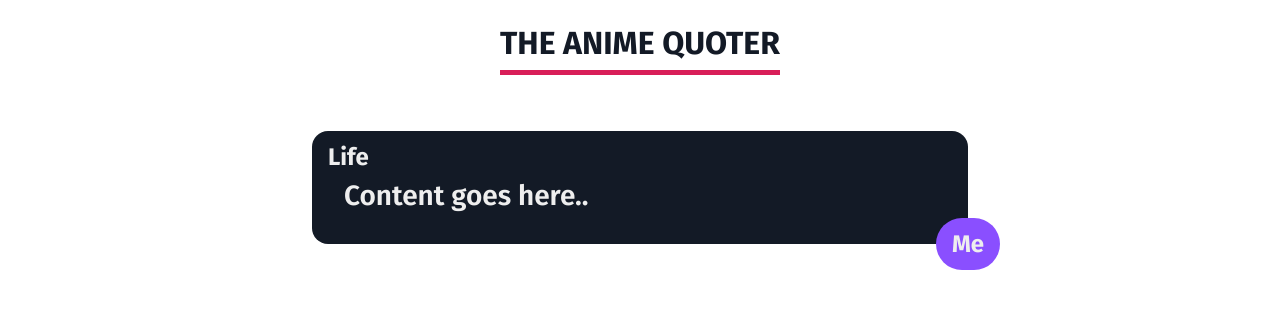
Repository: kate30980/quote-generator-vuejs
Page: /
The author's editor kept a copy of each file at every save. The page is drawn from the files as they stood at one save, then again after the next save.
The browser window is 1280 px wide. The pictures show the whole page.
The project was rebuilt for these pictures with package versions that can differ from the ones it lists, and the page was loaded fresh each time.

Above is the page before, as saved 2021-08-24 12:02:11.

After the next save:
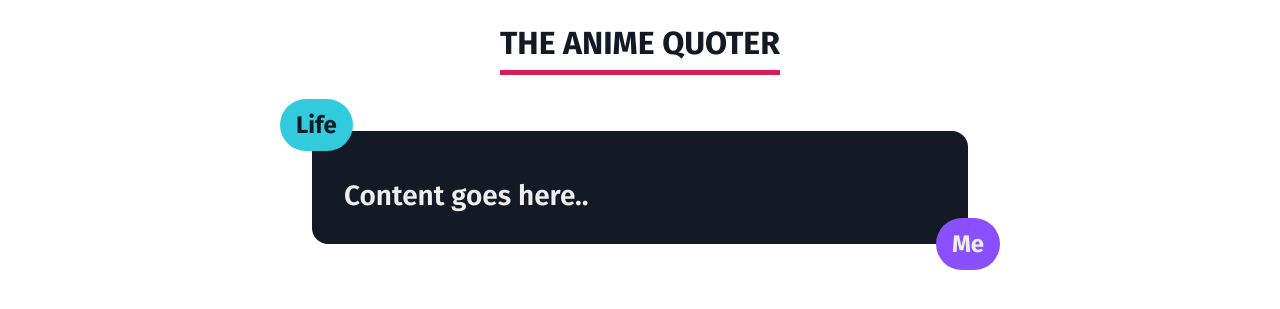
Saved 110 s later.
--- a/src/components/Quote.vue
+++ b/src/components/Quote.vue
@@ -54,6 +54,12 @@ export default {
 .quote-author{
     top: calc(100% - 32px);right: 0;
     transform: translateY(-50%);
-    background-color: var(--secondary);
+    background-color: var(--secondary );
+}
+.quote-anime{
+    top: 0;
+    left: 0;
+    background-color: var(--tertiary);
+    color: var(--dark);
 }
 </style>
